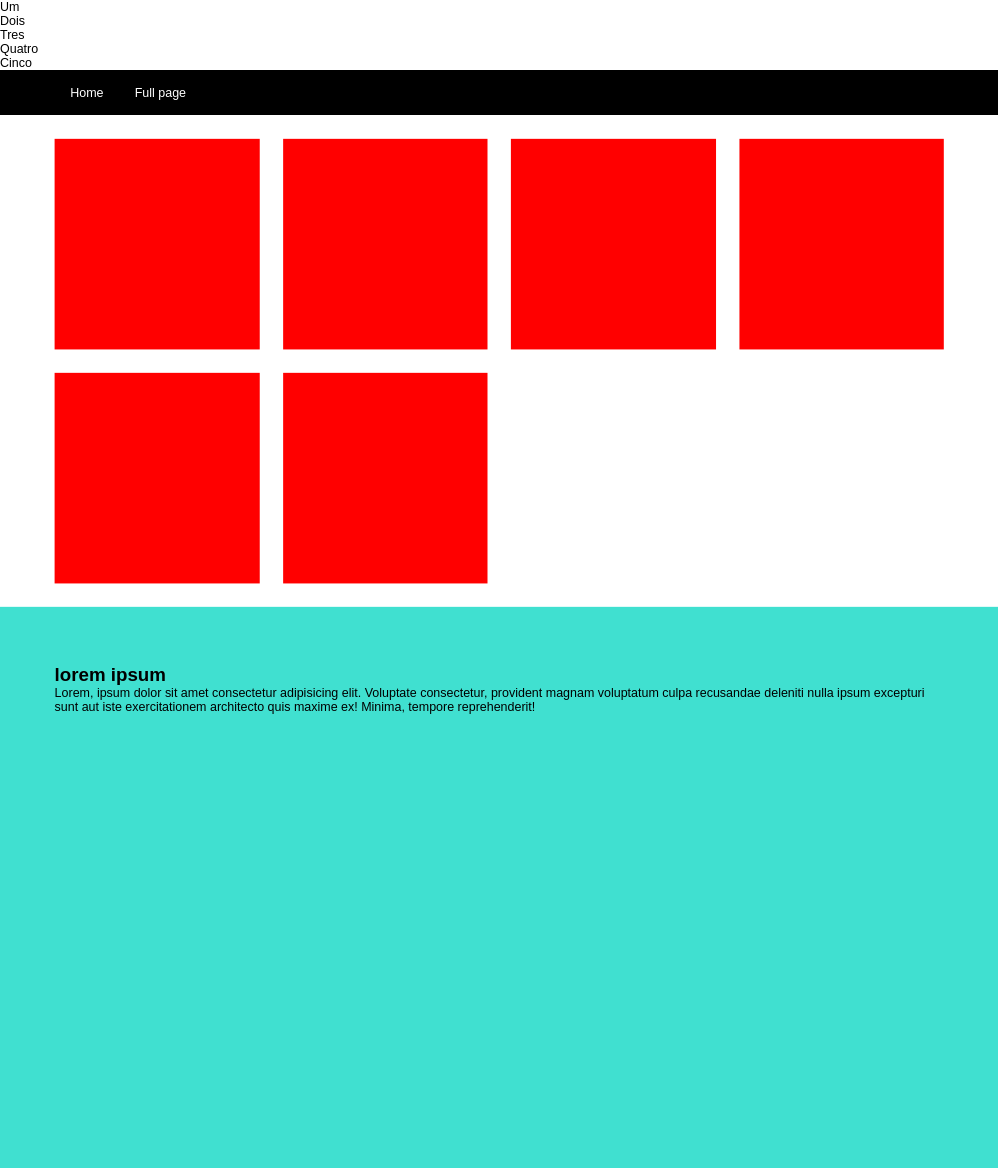
Repository: danilodscosta/CursoHTML
Page: aula1/aulascss.html
An editor plug-in stored every save of this project. The page is shown before and after the next save, followed by the edit.
The browser window is 1280 px wide. The pictures show the whole page, at 78% of full size.

Above is the page before, as saved 2024-01-18 18:52:25.

After the next save:
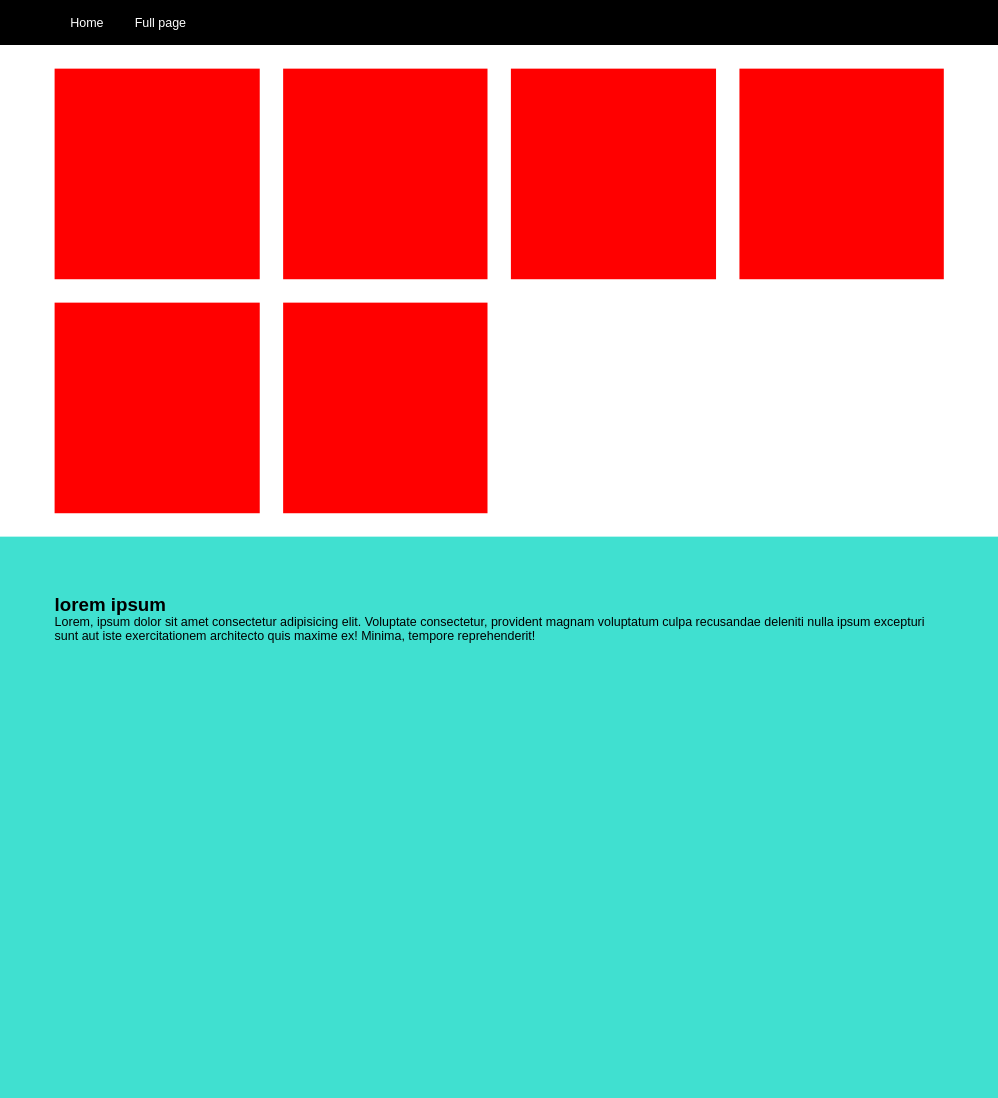
Saved 7 s later.
--- a/aula1/aulascss.html
+++ b/aula1/aulascss.html
@@ -11,14 +11,6 @@
 
 
 <body>
-    <div class="flex-container">
-        <div class="flex-item">Um</div>
-        <div class="flex-item">Dois</div>
-        <div class="flex-item">Tres</div>
-        <div class="flex-item">Quatro</div>
-        <div class="flex-item">Cinco</div>
-    </div>
-
     <nav class="menu">
         <ul>
             <li><a href="#home">Home</a></li>
